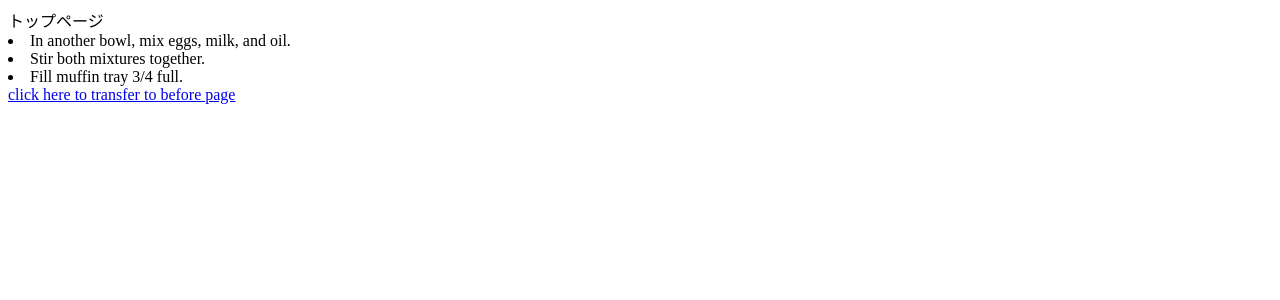
Repository: Mochacha1950/super-duper-octo-potato
Page: http://localhost/index
These files come from the project's save history. The page is drawn as it stood at one moment and after the next save; the edit follows.
The browser window is 1280 px wide. The pictures show the whole page.
The page is this project's Thymeleaf template; nobody is signed in. The template is opened directly, without the code that normally fills it, so the values that code supplies are empty.

Above is the page before, as saved 2024-07-16 04:35:19.

After the next save:
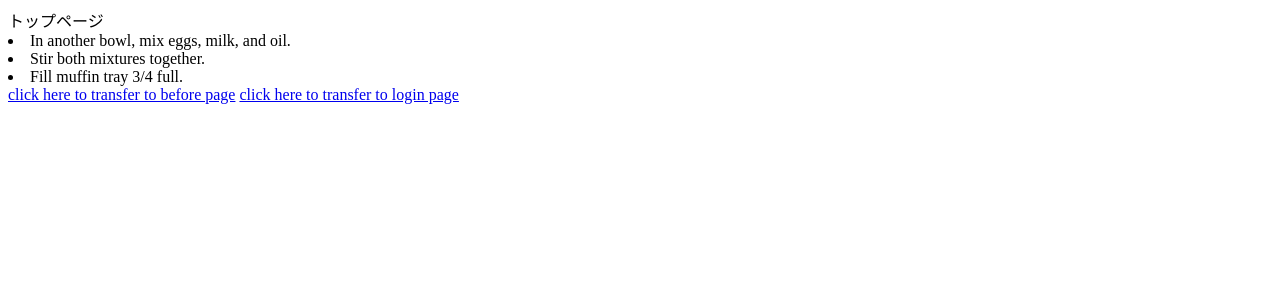
Saved 32 s later.
--- a/eclipseWorkspace/shop/src/main/resources/templates/index.html
+++ b/eclipseWorkspace/shop/src/main/resources/templates/index.html
@@ -14,6 +14,6 @@
 	</div>
 
 	<a th:href="@{/before}">click here to transfer to before page</a>
-
+	<a th:href="@{/login}">click here to transfer to login page</a>
 </body>
 </html>
